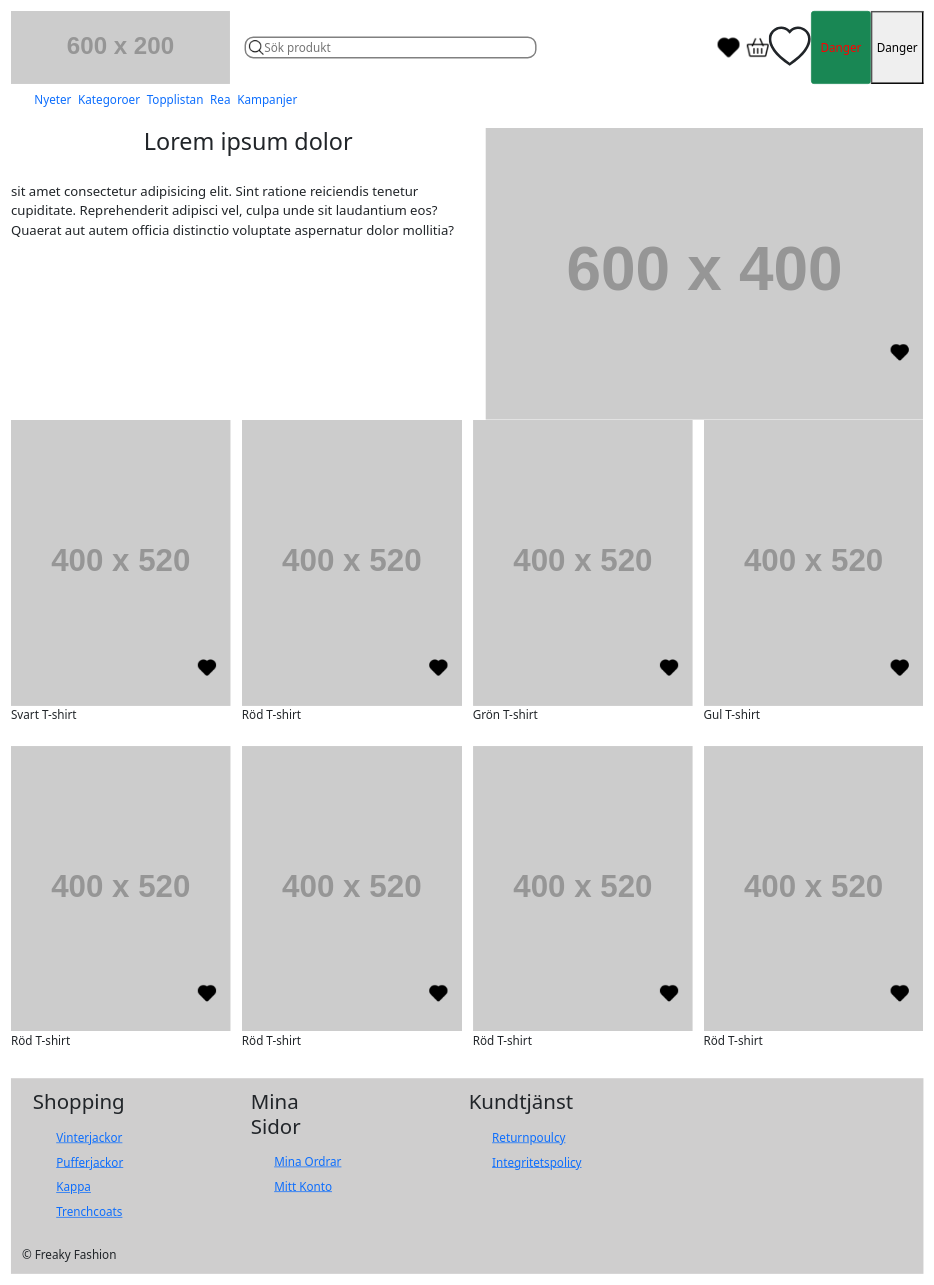
Repository: Kalle1995/project
Page: index.html
An editor plug-in stored every save of this project. The page is shown before and after the next save, followed by the edit.
The browser window is 1280 px wide. The pictures show the whole page, at 73% of full size.

Above is the page before, as saved 2024-10-06 19:16:42.

### index.html
<!DOCTYPE html>
<html lang="sv">

<head>
  <meta charset="UTF-8" />
  <meta name="viewport" content="width=device-width, initial-scale=1.0" />
  <title>Freaky Fashion</title>

  <link rel="stylesheet" href="main.css" />
  <link href="https://cdn.jsdelivr.net/npm/bootstrap@5.0.2/dist/css/bootstrap.min.css" rel="stylesheet" integrity="sha384-EVSTQN3/azprG1Anm3QDgpJLIm9Nao0Yz1ztcQTwFspd3yD65VohhpuuCOmLASjC" crossorigin="anonymous">
</head>

<body>
  <header>
    <section>
      <div class="wholeHead">
        <img src="https://placehold.co/600x200 " alt="icon" class="icon" />

        <div class="searchAndIcons">
          <input type="search" placeholder="Sök produkt" class="search">
          <div class="headIcons">
            <a href="#"><img src="bilder/full heart.png" alt="favourite"></a>
            <a href="#"><img src="bilder/cart.png" alt="cart"></a>
          </div>
        </div>

        <svg class="heart" xmlns="http://www.w3.org/2000/svg" width="100" height="100" fill="currentColor" class="bi bi-heart" viewBox="0 0 16 16">
          <path d="m8 2.748-.717-.737C5.6.281 2.514.878 1.4 3.053c-.523 1.023-.641 2.5.314 4.385.92 1.815 2.834 3.989 6.286 6.357 3.452-2.368 5.365-4.542 6.286-6.357.955-1.886.838-3.362.314-4.385C13.486.878 10.4.28 8.717 2.01zM8 15C-7.333 4.868 3.279-3.04 7.824 1.143q.09.083.176.171a3 3 0 0 1 .176-.17C12.72-3.042 23.333 4.867 8 15"/>
        </svg>

        <button type="button" class="custom btn btn-success">Danger</button>
        <button type="button">Danger</button>
      </div

      <!-- jag behöver fixa att man kan sriva och iconen förvinner -->
      <!-- om, jag har div för input typ så den ta hela raden -->

      <div>
        <nav class="NavList">
          <ul>
            <li class="nav-list-item"><a href="#">Nyeter</a></li>
            <li class="nav-list-item hide-on-mobile ejnav"><a href="#">Kategoroer</a></li>
            <li class="nav-list-item"><a href="#">Topplistan</a></li>
            <li class="nav-list-item"><a href="#">Rea</a></li>
            <li class="nav-list-item"><a href="#">Kampanjer</a></li>
          </ul>
        </nav>
      </div>

      <!-- <dl> och <dt> använda man i detta falet  -->

    </section>
  </header>

  <main>
    <section class="mid">
      <article>
        <fieldset class="head">
          <img class="head-image" src="https://placehold.co/600x400" alt="" class="loremPic">
          <div>
            <h2 class="head-title">Lorem ipsum dolor</h2>
            <p class="head-text">
              <br>sit amet consectetur adipisicing elit. Sint ratione reiciendis tenetur cupiditate. Reprehenderit
              adipisci
              vel, culpa unde sit laudantium eos? Quaerat aut autem officia distinctio voluptate aspernatur dolor
              mollitia?
            </p>
          </div>
        </fieldset><img class="product-icon" src="bilder/full heart.png" alt="">
      </article>
    </section>
    <section class="products">
      <!-- grid container -->
      <div class="product">
        <img class="product-icon" src="bilder/full heart.png" alt="">
        <img class="product-pic" src="https://placehold.co/400x520/png?text=Black+T-shirt" alt="Svart T-shirt" />
        <p>Svart T-shirt</p>
      </div>

      <div class="product">
        <img class="product-icon" src="bilder/full heart.png" alt="">
        <img class="product-pic" src="https://placehold.co/400x520/png?text=Red+T-shirt" alt="" />
        <p>Röd T-shirt</p>
      </div>

      <div class="product">
        <img class="product-icon" src="bilder/full heart.png" alt="">
        <img class="product-pic" src="https://placehold.co/400x520/png?text=Green+T-shirt" alt="" />
        <p>Grön T-shirt</p>
      </div>

      <div class="product">
        <img class="product-icon" src="bilder/full heart.png" alt="">
        <img class="product-pic" src="https://placehold.co/400x520/png?text=Gul+T-shirt" alt="" />
        <p>Gul T-shirt</p>

      </div>

      <div class="product">
        <img class="product-icon" src="bilder/full heart.png" alt="">
        <img class="product-pic" src="https://placehold.co/400x520/png?text=Red+T-shirt" alt="">
        <p>Röd T-shirt</p>
      </div>

      <div class="product">
        <img class="product-icon" src="bilder/full heart.png" alt="">
        <img class="product-pic" src="https://placehold.co/400x520/png?text=Red+T-shirt" alt="">
        <p>Röd T-shirt</p>
      </div>

      <div class="product">
        <img class="product-icon" src="bilder/full heart.png" alt="">
        <img class="product-pic" src="https://placehold.co/400x520/png?text=Red+T-shirt" alt="">
        <p>Röd T-shirt</p>
      </div>

      <div class="product">
        <img class="product-icon" src="bilder/full heart.png" alt="">
        <img class="product-pic" src="https://placehold.co/400x520/png?text=Red+T-shirt" alt="">
        <p>Röd T-shirt</p>
      </div>
    </section>
  </main>

  <br>

  <footer class="normal-footer">
    <div class="list-container">
        <div class="list">
            <h3>Shopping</h3>
            <li>
                <ul><a href="#">Vinterjackor</a></ul>
                <ul><a href="#">Pufferjackor</a></ul>
                <ul><a href="#">Kappa</a></ul>
                <ul><a href="#">Trenchcoats</a></ul>
            </li>
        </div>

        <div class="list">
            <h3>Mina Sidor</h3>
            <li>
                <ul><a href="#">Mina Ordrar</a></ul>
                <ul><a href="#">Mitt Konto</a></ul>
            </li>
        </div>

        <div class="list">
            <h3>Kundtjänst</h3>
            <li>
                <ul><a href="#">Returnpoulcy</a></ul>
                <ul><a href="#">Integritetspolicy</a></ul>
            </li>
        </div>
    </div>

    <div class="Company">&copy; Freaky Fashion</div>
</footer>

  <footer class="small-footer">
    <div class="Company">&copy; Freaky Fashion SMALL</div>
  </footer>
</body>

</html>

### main.css
body {
    padding: 15px;
    font-size: 2em;
    display: grid;

}


.head-title {
    text-align: center;
}

.products {
    display: grid;
    gap: 15px;
}

ul {
    list-style-type: none;
    margin: 0;
    padding: 0;

}

.search {
    border: 2px solid gray;
    border-radius: 12px;
    padding: 5px;
    display: inline;
    background-image: url(bilder/search.png);
    background-repeat: no-repeat;
    background-position: 4px;
    padding-left: 25px;

}

.NavList {
    padding-bottom: 10px;
    padding-top: 10px;

}

.hide-on-mobile {
    display: none;
}

.nav-list-item {
    a {
        text-decoration: none;
    }
}

.product {
    position: relative;
}

.product-icon {
    right: 20px;
    bottom: 80px;
    position: absolute;
}

.product-pic {
    width: 100%;
    height: auto;
}

.head {
    display: flex;
    flex-direction: column;
}

.head-image {
    width: 100%;
}

.wholeHead {
    display: flex;
    flex-direction: row;
}

.searchAndIcons {
    width: 100%;
    display: flex;
    flex-direction: row;
    margin: auto 0 auto 20px;
}

.search {
    height: 30px;
    width: 100%;
    max-width: 400px;
    margin-right: 10px;
}

.headIcons {
    display: flex;
    gap: 10px;
    margin-right: 0;
    margin-left: auto;

    img {
        height: 30px;
    }
}

.icon {
    width: 300px;
}

.small-footer {
    display: none;
}


@media (max-width: 640px) {
    .mid {
        position: relative;
        display: block;
        font-size: medium;
    }

    li {
        margin-bottom: 3px;
    }

    .icon {
        width: 100%;
    }

    .wholeHead {
        flex-direction: column;
    }

    .search {
        height: 35px;
        width: 100%;
        max-width: 400px;
    }

    .headIcons {
        img {
            height: 35px;
        }
    }

    .searchAndIcons {
        margin-top: 10px;
        margin-left: 0;
    }

    .small-footer {
        display: block;
    }

    .normal-footer {
        display: none;
    }
}

@media (min-width: 640px) {
    .products {
        grid-template-columns: repeat(2, 1fr);
    }

    .mid {
        position: relative;
        display: block;
        font-size: large;
    }

    li {
        display: inline;
        margin-right: 5px;
    }
}

body {
    font-size: 1.5em;
}

@media (min-width: 1024px) {
    .products {
        grid-template-columns: repeat(4, 1fr);
    }

    body {
        font-size: 1em;
    }

    .listan {
        display: flex;
    }

    li {
        display: inline;
        margin-right: 5px;
    }

    .hide-on-mobile {
        display: inline-block;
    }

    .head {
        flex-direction: row-reverse;
    }
}





/*
    @media (max-width:1024px) {
        .ejnav {
            display: none;
        }

      }
*/



/*
      @media print {
        body {
            font-size: 4em;
        }
        img {
            display: none;
        }
      }
*/



/*
här för Nyproduckt sidan
*/


header>h3 {
    position: absolute;
    left: 10px;
    bottom: auto;
}

.vänster {
    display: grid;
    grid-template-rows: 100%;
    background-color: gray;
}


.liggTill {
    hero-text button: hover
}


/*
kassa sidan
*/

.kassa {
    text-align: center;

}






.buy>button {
    display: grid;
    align-items: center;
    width: 80px;
    height: 30px;
    background-color: rgb(255, 255, 255);
    margin-left: 50%;
    font-weight: bold;
    border-radius: 10px;

}


.facebook-icon {
    color: blue;
}

.custom.btn-success {
    color: red;
}

.no-space {
    margin: 0;
    padding: 0;
    border: none;
    border-top: 1px solid black;
    /* Valfri färg eller stil på linjen */
}


.normal-footer {
    padding: 15px;
    background-color: rgb(207, 206, 206)
}

.list-container {
    display: inline-flex;
    justify-content: space-between;
    /* Ser till att listorna sprids ut jämnt */
    gap: 150px;
    /* Mellanrum mellan listorna */
}

.list {
    flex: 1;
    /* Gör att listorna tar upp lika mycket plats */
    padding-left: 15px;
}

.list h3 {
    margin-bottom: 20px;
}

.list li {
    list-style-type: none;
    /* ingen punkter i listan */
    padding: 0;
}

.list li ul {
    margin-bottom: 10px;
}




/*
Administration
*/

.AD {
    width: 115%;
    padding-left: 15px;
    margin-left: -25px;
    margin-top: -25px;
    float: left;
    font-style: normal;
    background-color: rgb(0, 0, 0);
    position: relative;
    display: flex;
    color: white;
}

.PR {
    background-color: rgb(209, 209, 208);
    height: auto;
    margin-left: -25px;
    padding-left: 20px;
    margin-right: auto;
    padding-right: 70px;
    padding-top: 15px;
    font-weight: bold;
    position: relative;
}

.AR {
    position: relative;
    ;
    left: 200px;
    top: -40px;

}













/*

.Company{
    text-align: center;
    bottom: auto;
}

After the next save:
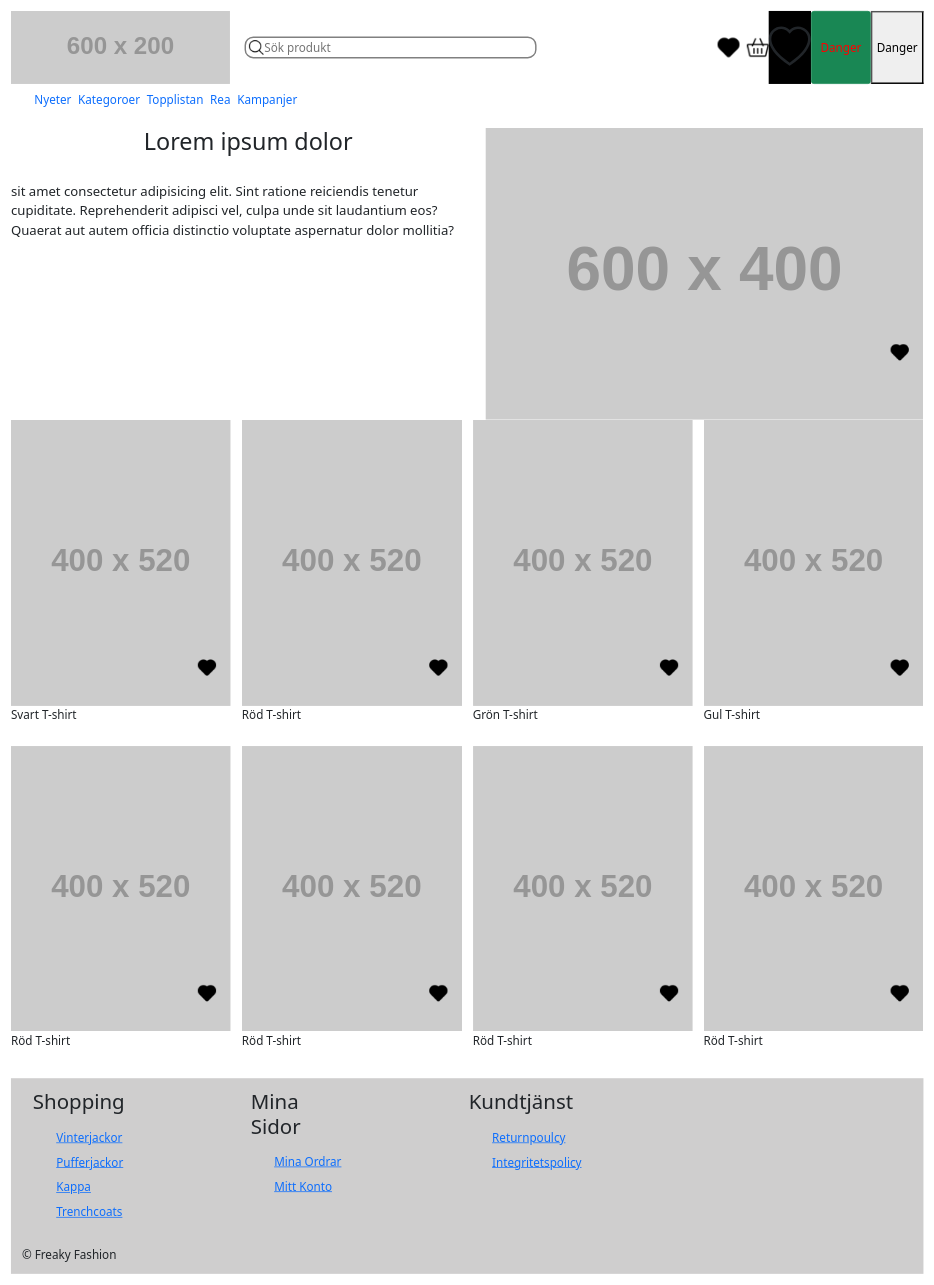
Saved 15 s later.
--- a/main.css
+++ b/main.css
@@ -284,8 +284,8 @@ kassa sidan
 }
 
 
-.facebook-icon {
-    color: blue;
+.heart {
+    background-color: black;
 }
 
 .custom.btn-success {
